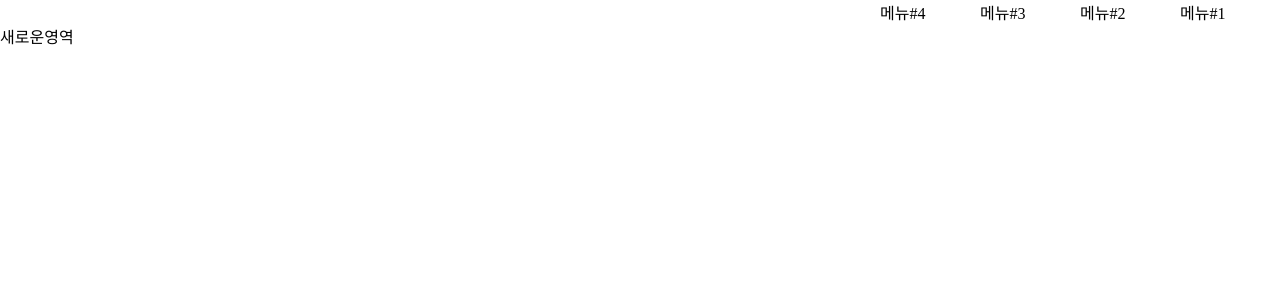
Repository: gyetol/web
Page: 4_11_web/CSS/WebContent/index.html
These files come from the project's save history. The page is drawn as it stood at one moment and after the next save; the edit follows.
The browser window is 1280 px wide. The pictures show the whole page.

Above is the page before, as saved 2020-04-11 07:48:26.

After the next save:
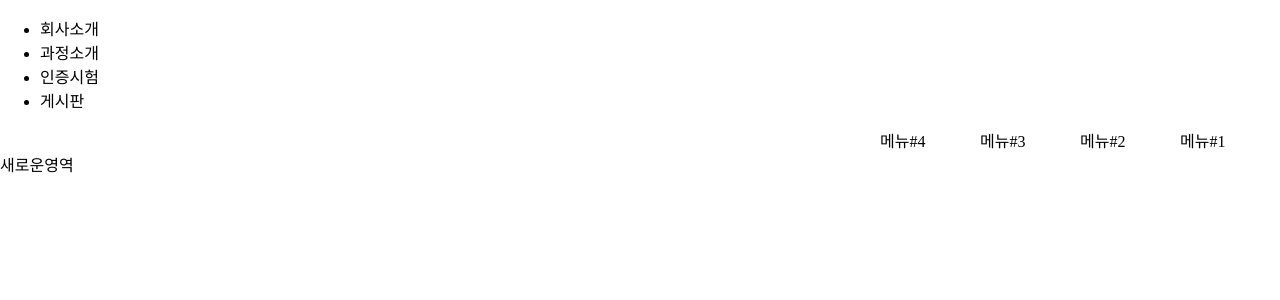
Saved 105 s later.
--- a/4_11_web/CSS/WebContent/index.html
+++ b/4_11_web/CSS/WebContent/index.html
@@ -6,6 +6,15 @@
     <link rel="stylesheet" href="css/style.css">
 </head>
 <body>
+
+<ul>
+<li>회사소개</li>
+<li>과정소개</li>
+<li>인증시험</li>
+<li>게시판</li>
+
+</ul>
+
 <div class="navi">
 <span>메뉴#1</span>
 <span>메뉴#2</span>
